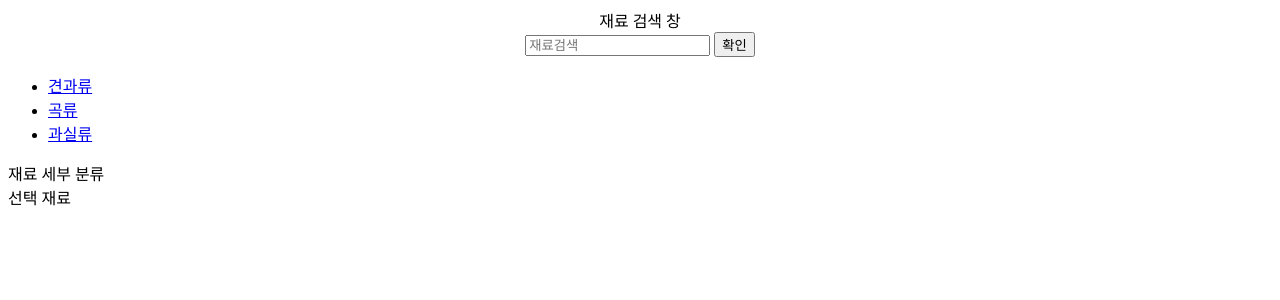
Repository: ahg2656/third_project
Page: http://localhost/third_pro/main.jsp
The author's editor kept a copy of each file at every save. The page is drawn from the files as they stood at one save, then again after the next save.
The browser window is 1280 px wide. The pictures show the whole page.
The page is served by Tomcat 9.

Above is the page before, as saved 2018-11-05 08:37:51.

After the next save:
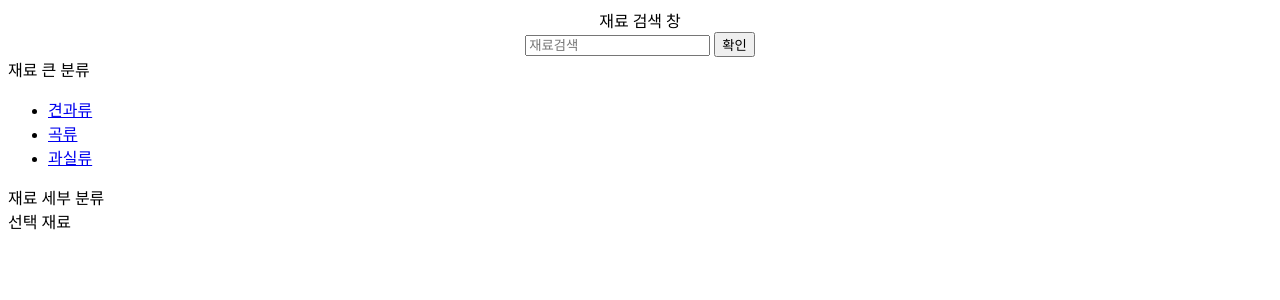
Saved 23 s later.
--- a/third_project/third_pro/src/main/webapp/main.jsp
+++ b/third_project/third_pro/src/main/webapp/main.jsp
@@ -29,6 +29,7 @@ window.onload= function() {
 </form>
 </div>
 <div class="serch_4" >
+재료 큰 분류<br>
 <ul>
 <li><a href="#">견과류</a></li>
 <li><a href="#">곡류</a></li>
